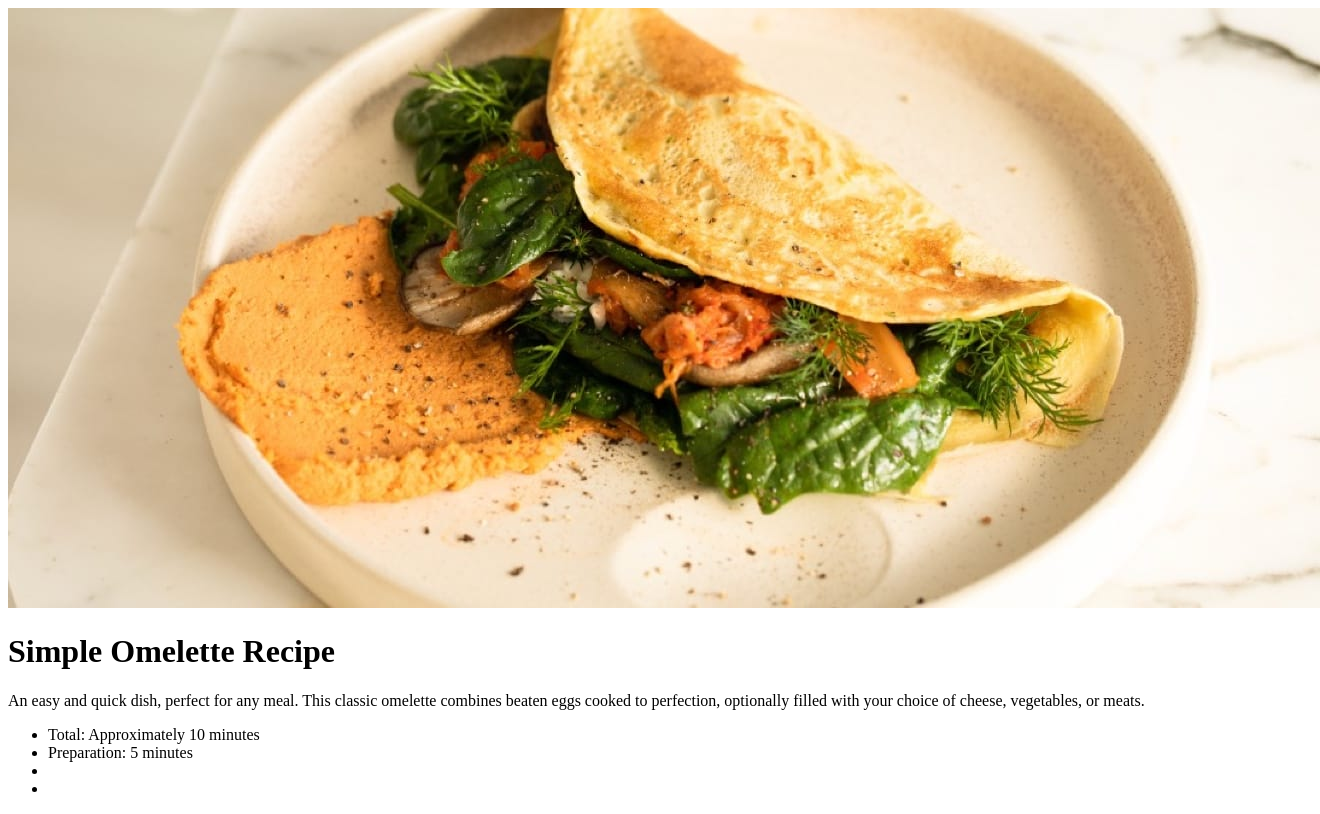
Repository: akbasliogulcan/omletterecipe
Page: index.html
An editor plug-in stored every save of this project. The page is shown before and after the next save, followed by the edit.
The browser window is 1280 px wide. The page is 1320 px wide, so the pictures cover 1320 px, including what lies to the right of the window. The pictures show the whole page.

Above is the page before, as saved 2025-07-20 17:13:14.

### index.html
<!DOCTYPE html>
<html lang="en">

<head>
  <meta charset="UTF-8">
  <meta name="viewport" content="width=device-width, initial-scale=1.0">
  <title>simple omelette recipe</title>
  <link rel="stylesheet" href="style.css">
</head>

<body>

  <div class="simple">
    <img src="./assets/images/image-omelette.jpeg" alt="omlette-icon">
    <h1> Simple Omelette Recipe</h1>
    <p>An easy and quick dish, perfect for any meal. This classic omelette combines beaten eggs cooked
      to perfection, optionally filled with your choice of cheese, vegetables, or meats.
    </p>

    <div class="preparation">
      <ul>
        <li> Total: Approximately 10 minutes
        </li>
        <li> Preparation: 5 minutes</li>
        <li></li>
        <li></li>
      </ul>
    </div>

  </div>



</body>

</html>

Loaded but not shown: style.css (no stored copy; drawn as an empty file)

After the next save:
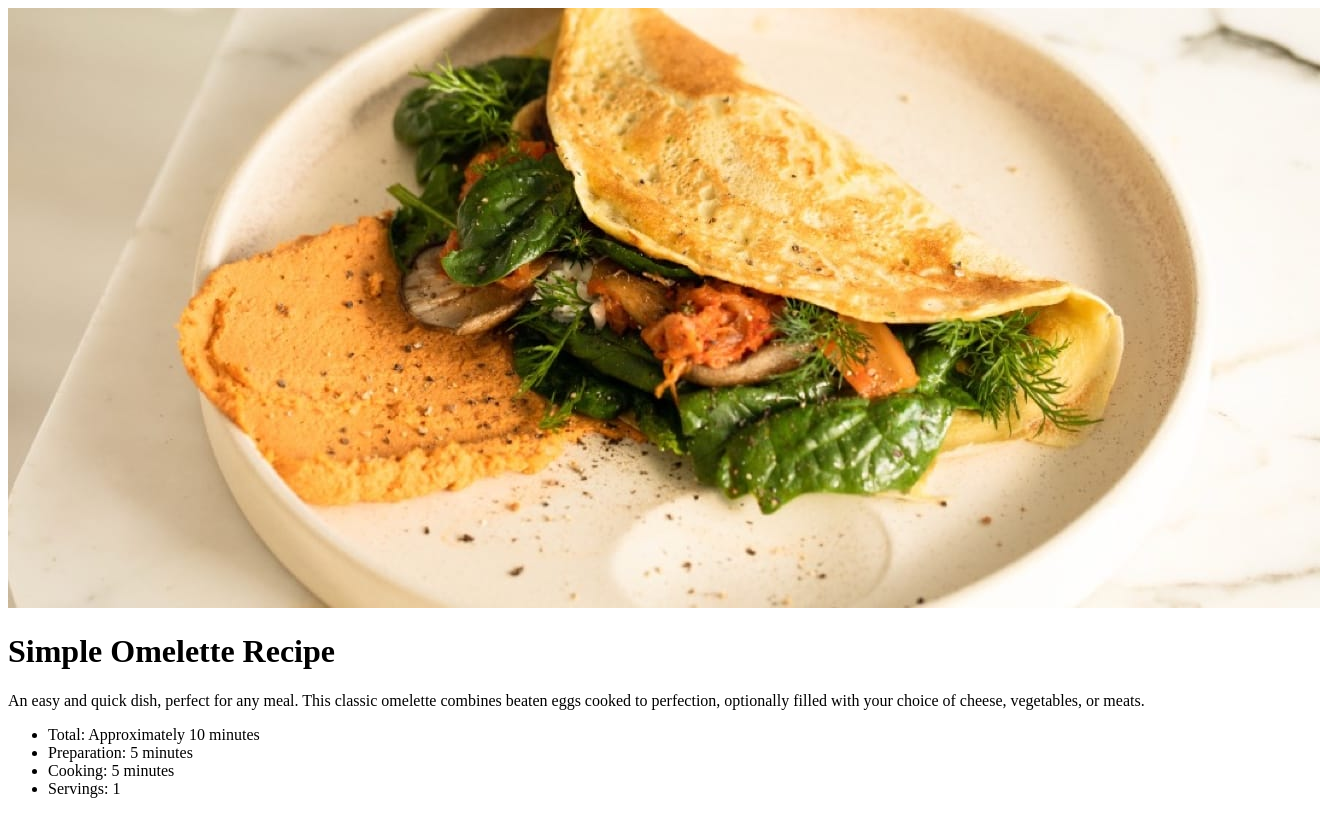
Saved 9 s later.
--- a/index.html
+++ b/index.html
@@ -22,8 +22,8 @@
         <li> Total: Approximately 10 minutes
         </li>
         <li> Preparation: 5 minutes</li>
-        <li></li>
-        <li></li>
+        <li> Cooking: 5 minutes</li>
+        <li> Servings: 1</li>
       </ul>
     </div>
 
